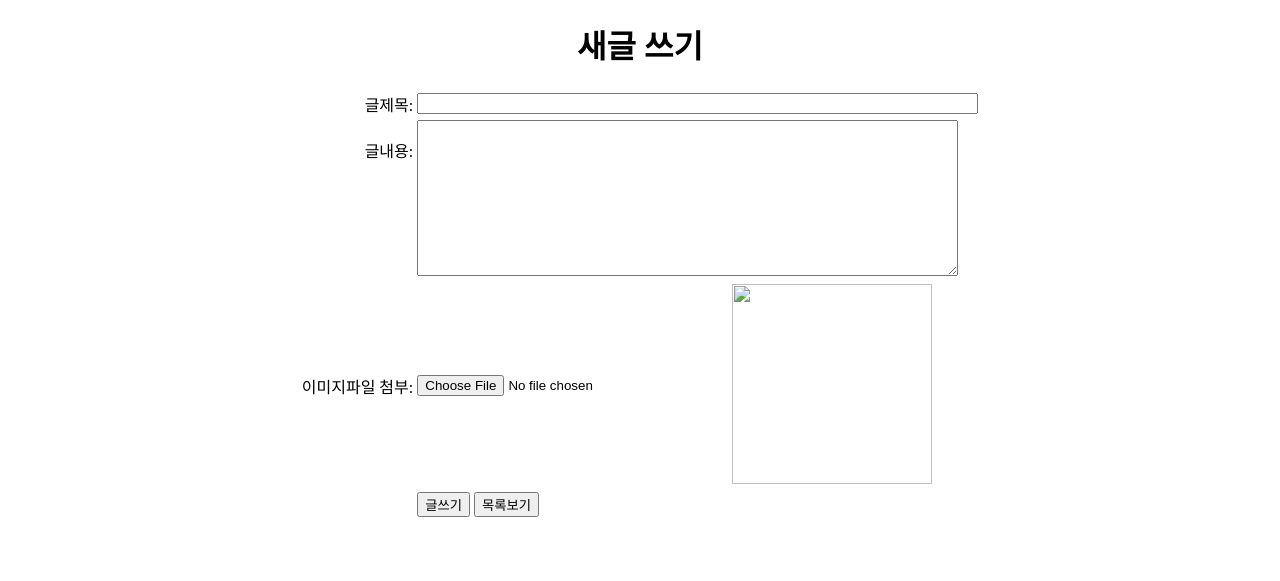
Repository: kimfunn/AI-Platform-
Page: workplace(0518)/13_Shop/WebContent/html/boardWrite.html
An editor plug-in stored every save of this project. The page is shown before and after the next save, followed by the edit.
The browser window is 1280 px wide. The pictures show the whole page.

Above is the page before, as saved 2021-06-25 00:25:08.

After the next save:
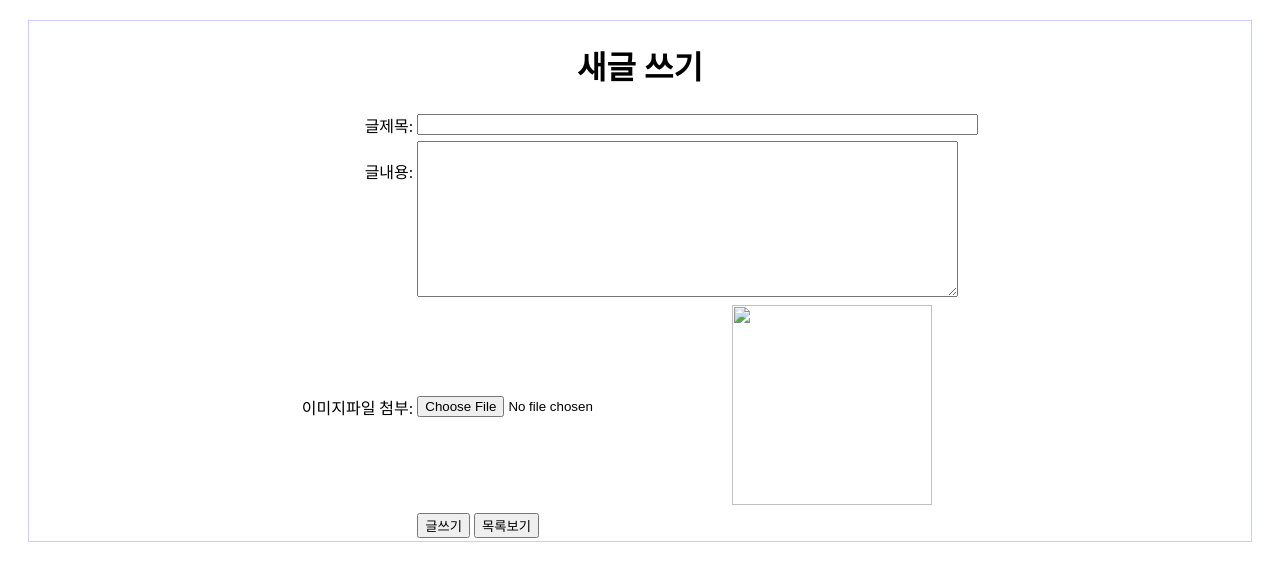
Saved 4 min 12 s later.
--- a/workplace(0518)/13_Shop/WebContent/html/boardWrite.html
+++ b/workplace(0518)/13_Shop/WebContent/html/boardWrite.html
@@ -18,7 +18,7 @@
 	</script>
 </head>
 <body>
-<div>
+<div style="border:1px solid #ccccff; margin:20px; padding-botton:20px">
 <h1 style="text-align:center">새글 쓰기</h1>
   <form name="articleForm" method="post"   action="../main" enctype="application/x-www-form-urlencoded">
 
